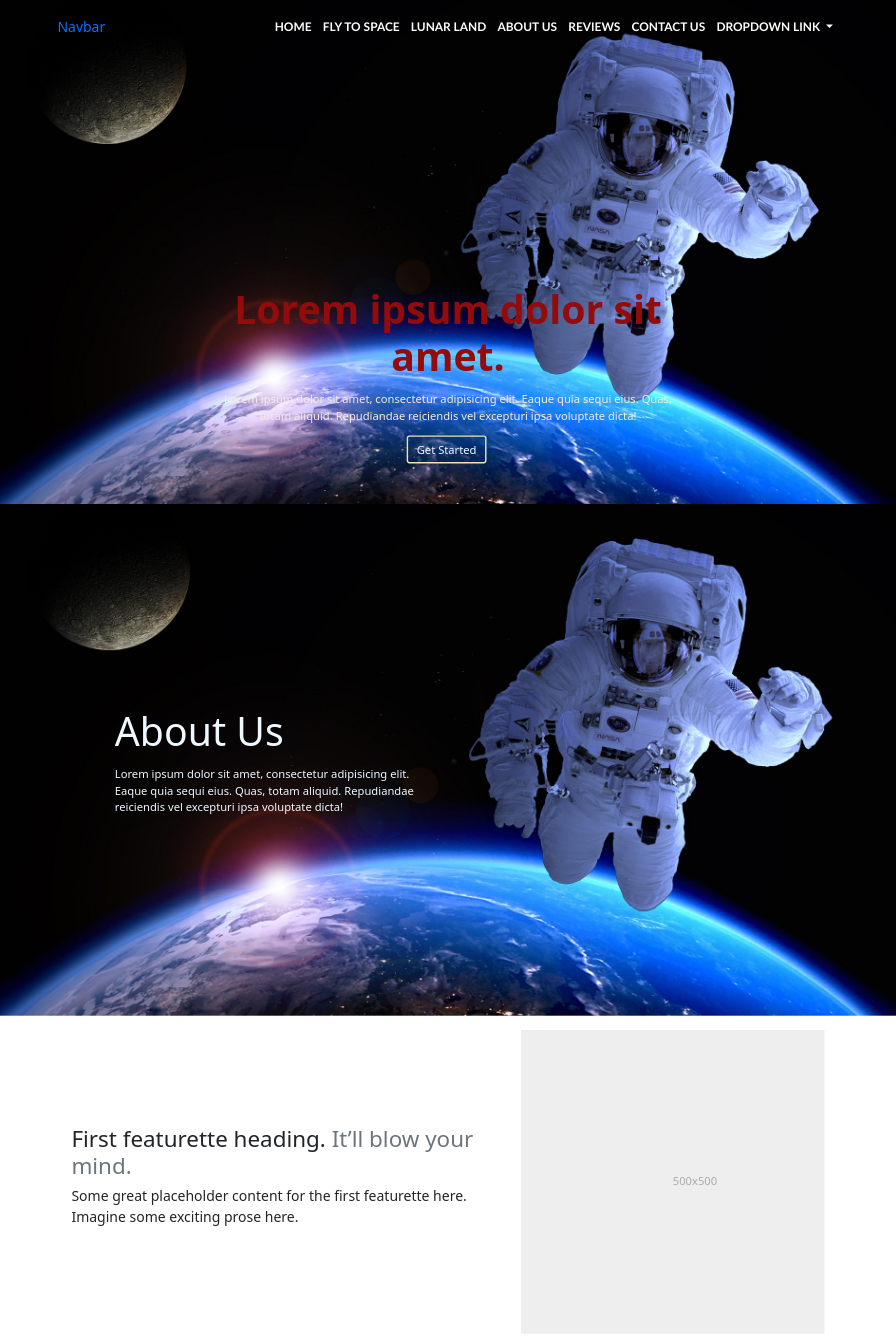
Repository: sarthakkathpalia/elliptical
Page: html/home.html
These files come from the project's save history. The page is drawn as it stood at one moment and after the next save; the edit follows.
The browser window is 1280 px wide. The pictures show the part of the page from y = 0 to 1920 px (the page is 4821 px tall before and 4845 px after), at 70% of full size.

Above is the page before, as saved 2021-10-28 21:08:25.
Console error: ReferenceError: emailjs is not defined

After the next save:
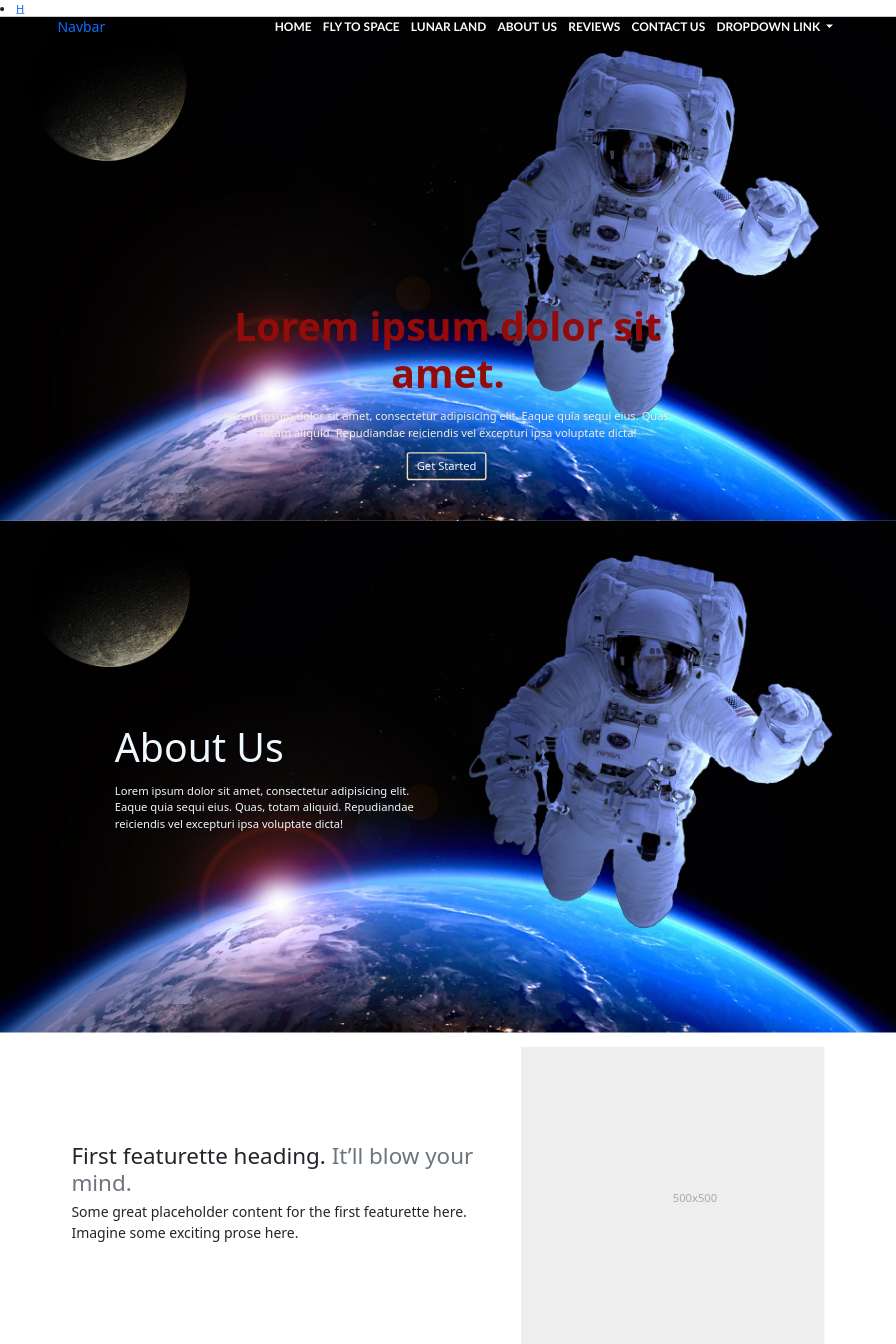
Saved 38 s later.
--- a/html/home.html
+++ b/html/home.html
@@ -60,7 +60,11 @@
       </div>
     </nav>
 
-
+    <div class="arrow">
+      <li>
+        <a href="#">H</a>
+      </li>
+    </div>
     <div class="home vh-100 d-flex align-items-center" id="home">
       <div class="container">
           <div class="row">

After the save that followed:
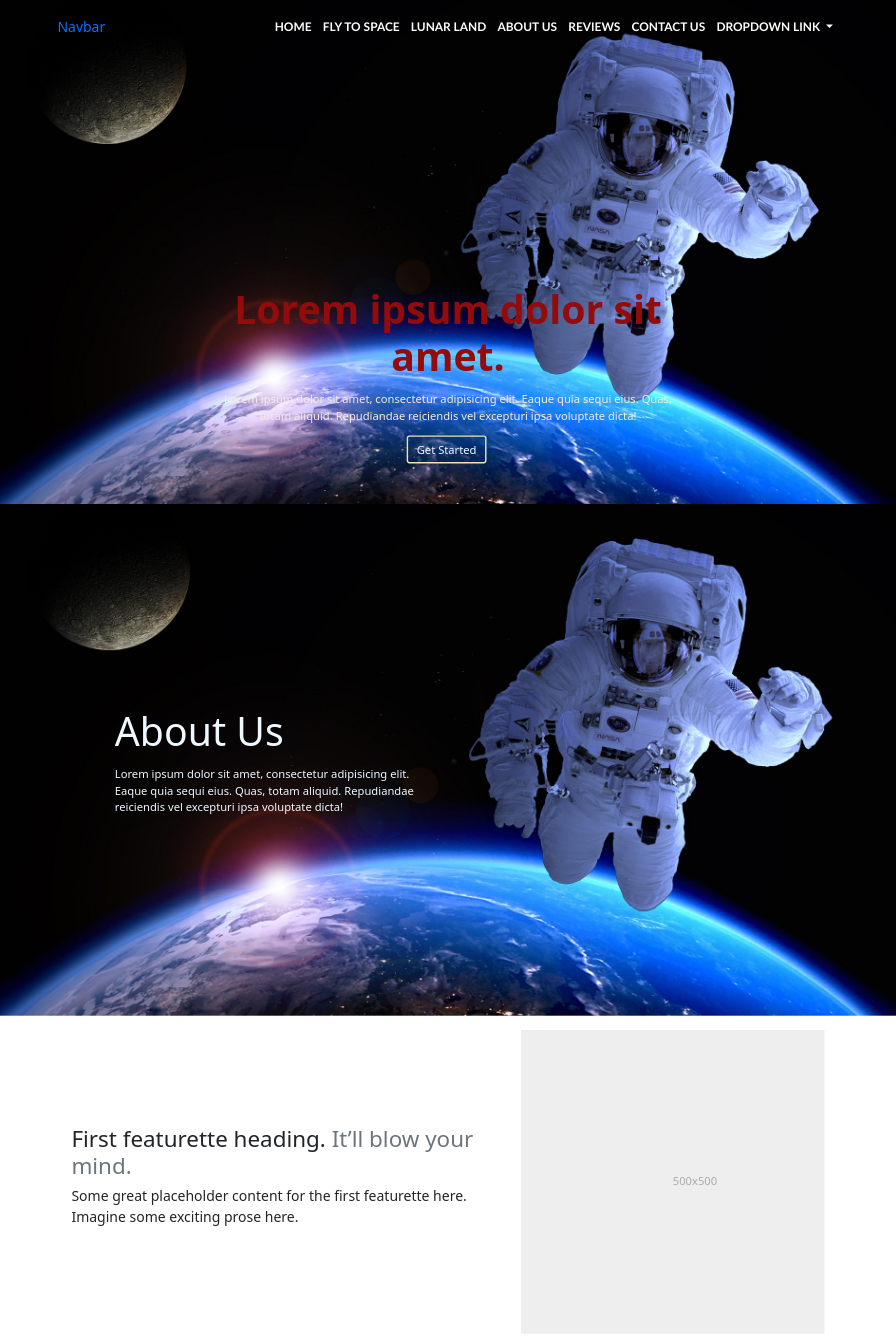
Saved 17 s later.
--- a/html/home.html
+++ b/html/home.html
@@ -60,11 +60,7 @@
       </div>
     </nav>
 
-    <div class="arrow">
-      <li>
-        <a href="#">H</a>
-      </li>
-    </div>
+
     <div class="home vh-100 d-flex align-items-center" id="home">
       <div class="container">
           <div class="row">
